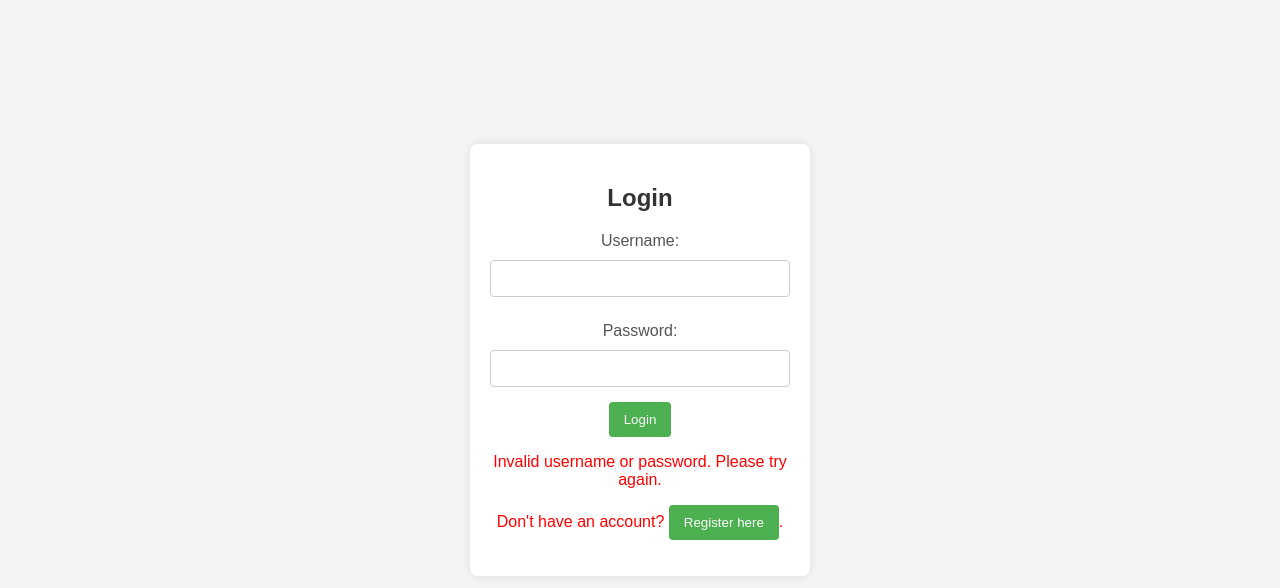
Repository: zrlgithub/poi
Page: http://localhost/test/Login.jsp
An editor plug-in stored every save of this project. The page is shown before and after the next save, followed by the edit.
The browser window is 1280 px wide. The pictures show the whole page.
The page is served by Tomcat 9.

Above is the page before, as saved 2024-02-13 22:23:33.

After the next save:
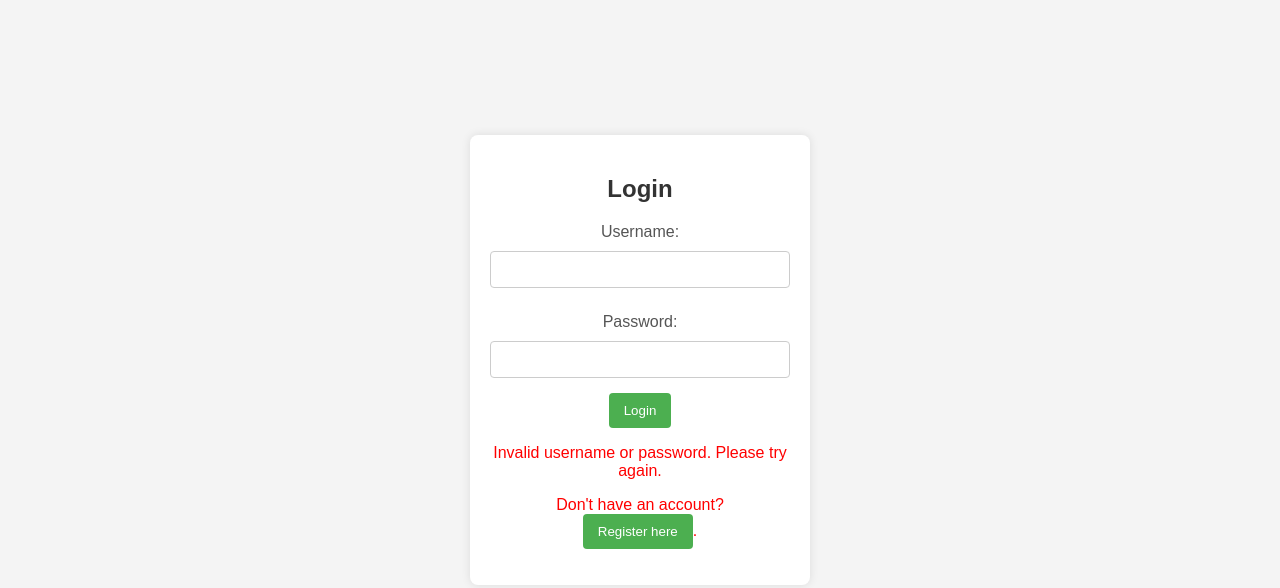
Saved 25 s later.
--- a/test/src/main/webapp/Login.jsp
+++ b/test/src/main/webapp/Login.jsp
@@ -76,7 +76,7 @@
         <c:if test="${param.error ne null}">
             <p>Invalid username or password. Please try again.</p>
         </c:if>
-        <p>Don't have an account? <a href="register.jsp"><button>Register here</button></a>.</p>
+        <p>Don't have an account? <a href="register.jsp"><br><button>Register here</button></a>.</p>
 
     </form>
 </body>
